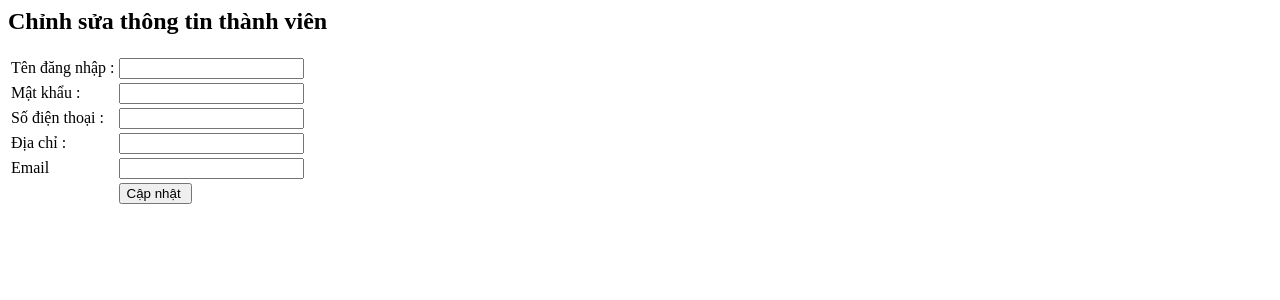
Repository: tuanpham-aptech/sportequiptment
Page: http://localhost/admin/views/members/edit.member.php
These files come from the project's save history. The page is drawn as it stood at one moment and after the next save; the edit follows.
The browser window is 1280 px wide. The pictures show the whole page.
The page is run by PHP 8.4 with error messages shown; the project is at /var/www/html/.

Above is the page before, as saved 2021-10-22 07:10:21.

### admin/views/members/edit.member.php
<div class="member">
                    <h2 class="member-title">Chỉnh sửa thông tin thành viên  </h2>
                    <table class="member-table--update">
                        <tbody>
                            <form class="member-form" method="post">
                                <tr class="member-table--tr">
                                    <td class="member-table--td">Tên đăng nhập :</td>
                                  <td class="member-table--td">
                                      <input type="text" name="username"value ="">
                                    </td>
                                </tr>
                                <tr class="member-table--tr">
                                    <td class="member-table--td">Mật khẩu :</td>
                                  <td class="member-table--td"><input type="password" name="password" value=""></td>
                                </tr>
                                <tr class="member-table--tr">
                                    <td class="member-table--td">Số điện thoại :</td>
                                    <td class="member-table--td"><input type="number" name="mobile" id=""></td>
                                </tr>
                                <tr class="member-table--tr">
                                    <td class="member-table--td">Địa chỉ :</td>
                                    <td class="member-table--td"><input type="text" name="address"> </td>
                                </tr>
                                <tr class="member-table--tr">
                                    <td class="member-table--td">Email</td>
                                    <td class="member-table--td"><input type="email" name="email"></td>
                                </tr>
                                <tr class="member-table--tr">
                                    <td class="member-table--td"></td>
                                    <td class="member-table--td"><input type="submit" name="update" value="Cập nhật " ></td>
                                </tr>
                            </form>
                        </tbody>
                      </table>
                </div>

After the next save:
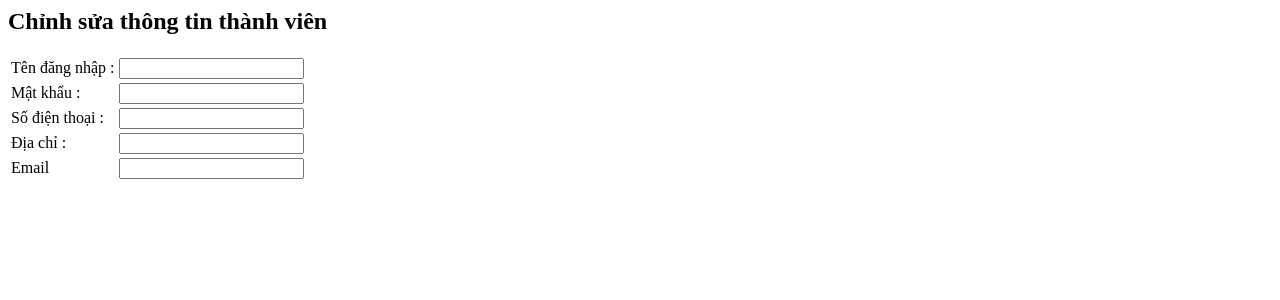
Saved 28 s later.
--- a/admin/views/members/edit.member.php
+++ b/admin/views/members/edit.member.php
@@ -27,7 +27,7 @@
                                 </tr>
                                 <tr class="member-table--tr">
                                     <td class="member-table--td"></td>
-                                    <td class="member-table--td"><input type="submit" name="update" value="Cập nhật " ></td>
+                                    <td class="member-table--td"><input type="submit" name="update" value="Cập nhật  ></td>
                                 </tr>
                             </form>
                         </tbody>
